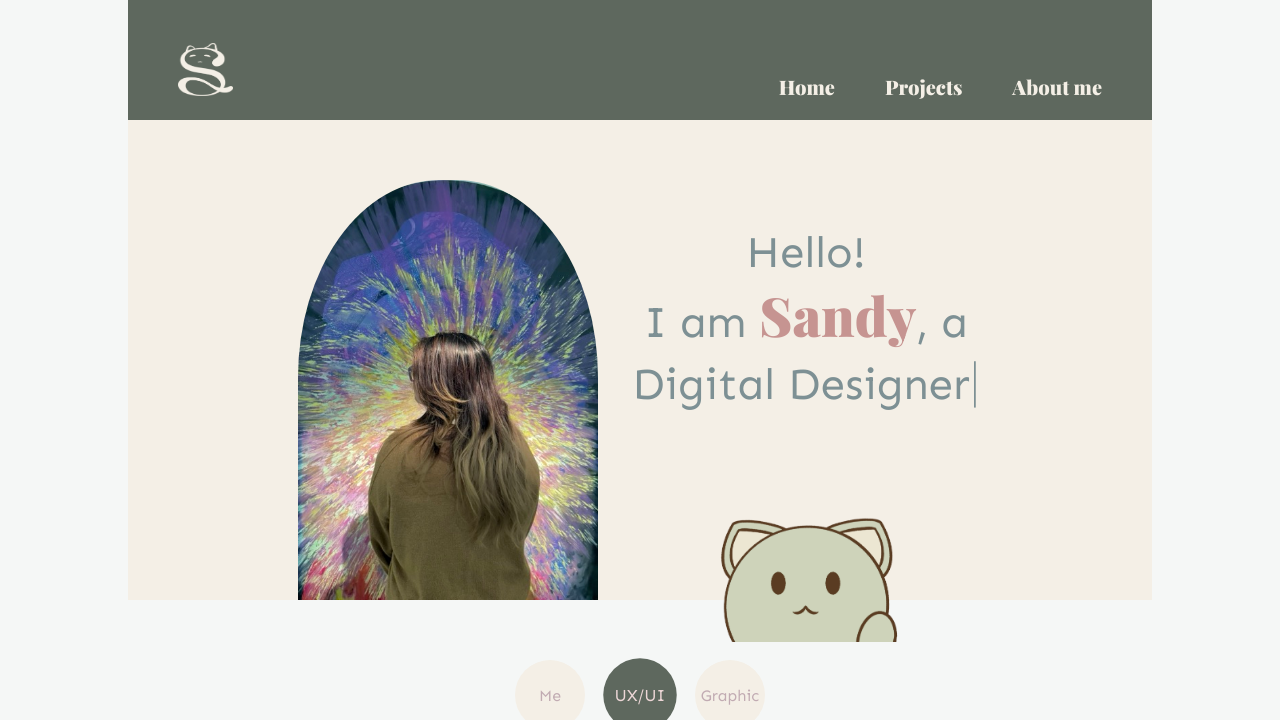
Repository: SandyLy453/portfolio
Page: /
An editor plug-in stored every save of this project. The page is shown before and after the next save, followed by the edit.
The browser window is 1280 px wide. The pictures show the whole page.
An inner scrolling area shows only its first screen. The project was rebuilt for these pictures with package versions that can differ from the ones it lists, and the page was loaded fresh each time. The framework's server and built-in components were replaced by stand-ins that run in the browser. Also part of the build but not shown: next.config.mjs, modules/Footer/Footer.module.css, modules/Footer/Footer.js, modules/ProjectCard/ProjectCard.module.css, modules/ProjectCard/Projectcard.js.

Above is the page before, as saved 2025-02-17 18:05:01.

After the next save:
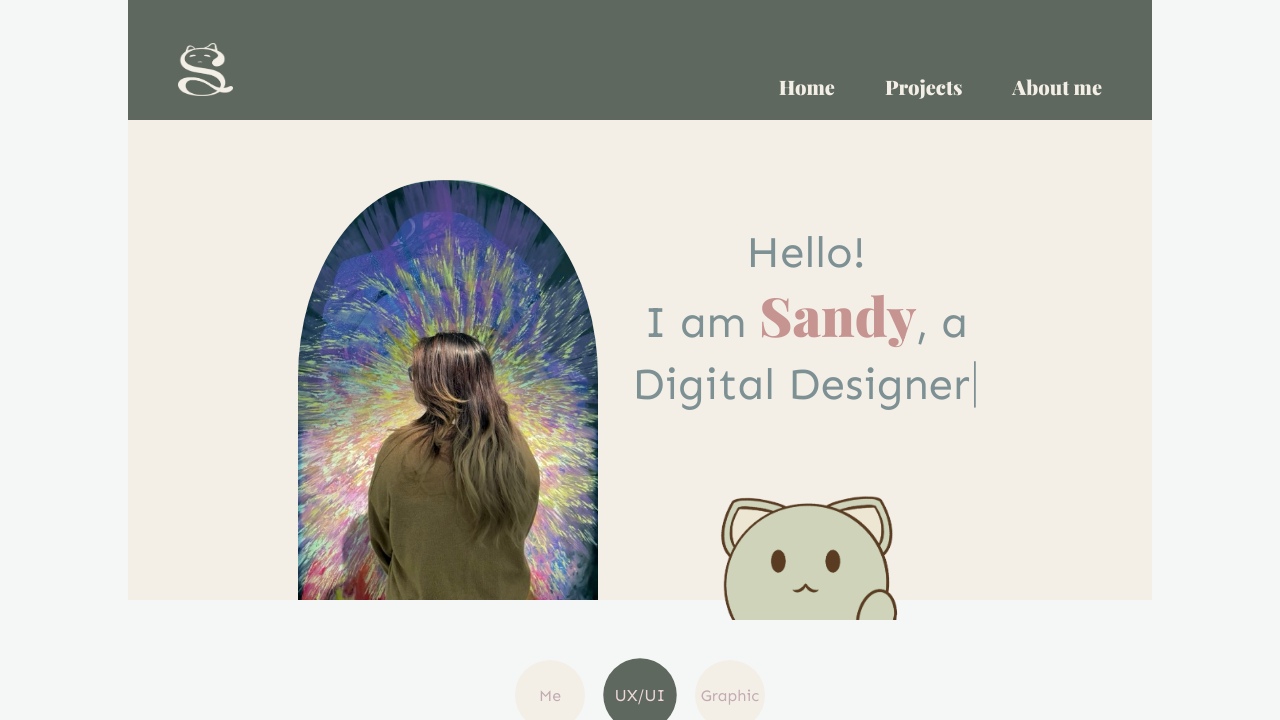
Saved 15 s later.
--- a/styles/Home.module.css
+++ b/styles/Home.module.css
@@ -204,7 +204,7 @@
   }
 
   .gif {
-    bottom: -6.4rem;
+    bottom: -5rem;
   }
 
   .name {
